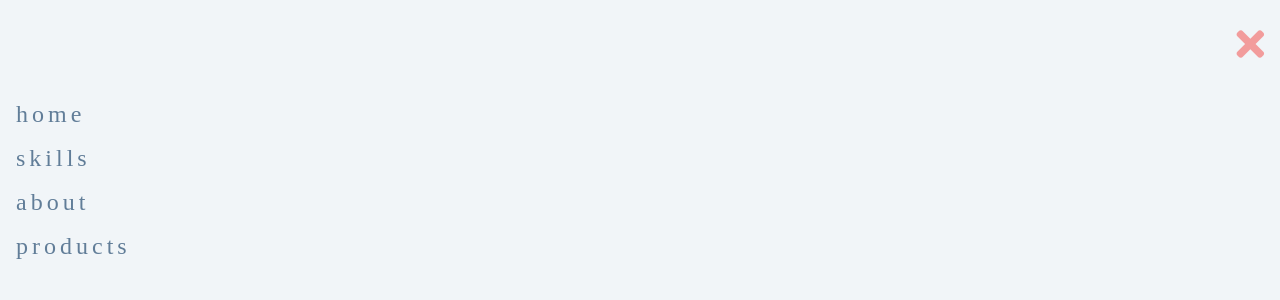
Repository: Ndifoinhilary/building_tea_site
Page: index.html
The author's editor kept a copy of each file at every save. The page is drawn from the files as they stood at one save, then again after the next save.
The browser window is 1280 px wide. The pictures show the window.
A layer covers the whole window, so only the first screen is drawn. Backgrounds fixed to the window are drawn as part of the page. Some web fonts or font styles are not loaded; a fallback is used.

Above is the page before, as saved 2024-01-06 18:44:09.

### index.html
<!DOCTYPE html>
<html lang="en">

<head>
  <meta charset="UTF-8" />
  <meta name="viewport" content="width=device-width, initial-scale=1.0" />
  <meta http-equiv="X-UA-Compatible" content="ie=edge" />
  <title>Tea Station || Home</title>
  <!-- font-awesome -->
  <link rel="stylesheet" href="./fontawesome-free-5.7.2-web/css/all.css" />
  <!-- custom css -->
  <link rel="stylesheet" href="./css/styles.css" />
</head>

<body>
  <!-- nav button -->
  <span class="nav-btn" id="nav-btn">
    <i class="fas fa-bars"></i>
  </span>
  <!-- nav -->
  <nav class="navbar" id="navbar">
    <div class="navbar-header">
      <span class="nav-close" id="nav-close">
        <i class="fas fa-times"></i>
      </span>
    </div>
    <ul class="nav-items">
      <li><a href="index.html" class="nav-link">home</a></li>
      <li><a href="skills.html" class="nav-link">skills</a></li>
      <li><a href="about.html" class="nav-link">about</a></li>
      <li><a href="products.html" class="nav-link">products</a></li>
    </ul>
  </nav>
  <!-- header -->
  <header class="header">
    <div class="banner">
      <h2 class="banner-subtitle">Over one hunred flavors of tea</h2>
      <h1 class="banner-title">specially crafted tea</h1>
      <a href="skills.html" class=" btn banner-btn">explore</a>
    </div>
  </header>

  <div class="content-divider"></div>





  <!-- skills section -->
  <section class="skills clearfix">
    <!-- single skill -->
    <article class="skill">
      <span class="skill-icon">
        <i class="fas fa-mug-hot"></i>
      </span>
      <h4 class="skill-title">made in US</h4>
      <!-- ten words -->
      <p class="skill-text">
        Lorem ipsum dolor sit amet consectetur adipisicing elit. Tempore,
        sequi.
      </p>
    </article>
    <!-- end of single skill -->
    <!-- single skill -->
    <article class="skill">
      <span class="skill-icon">
        <i class="fas fa-glass-cheers"></i>
      </span>
      <h4 class="skill-title">relaxation</h4>
      <!-- ten words -->
      <p class="skill-text">
        Lorem ipsum dolor sit amet consectetur adipisicing elit. Tempore,
        sequi.
      </p>
    </article>
    <!-- end of single skill -->
    <!-- single skill -->
    <article class="skill">
      <span class="skill-icon">
        <i class="fas fa-bomb"></i>
      </span>
      <h4 class="skill-title">energy</h4>
      <!-- ten words -->
      <p class="skill-text">
        Lorem ipsum dolor sit amet consectetur adipisicing elit. Tempore,
        sequi.
      </p>
    </article>
    <!-- end of single skill -->
    <!-- single skill -->
    <article class="skill">
      <span class="skill-icon">
        <i class="fas fa-mortar-pestle"></i>
      </span>
      <h4 class="skill-title">family recipe</h4>
      <!-- ten words -->
      <p class="skill-text">
        Lorem ipsum dolor sit amet consectetur adipisicing elit. Tempore,
        sequi.
      </p>
    </article>
    <!-- end of single skill -->
  </section>
  <!--end of skills section -->




  <!-- about -->
  <section class="about">

    <div class="section-center clearfix">

      <article class="about-img">
        <div class="about-picture-container">
          <img src="./images/about-bcg.jpeg" alt="tea kettle" class="about-picture" />
        </div>
      </article>

      <article class="about-info">
        <!-- section title -->
        <div class="section-title">
          <h3 class="section-subtitle">about our</h3>
          <h2 class="section-title">tea station</h2>
        </div>
        <!-- section title -->
        <p class="about-text">
          Lorem ipsum dolor sit amet consectetur adipisicing elit. Possimus
          numquam rem eos vel consequuntur obcaecati?
        </p>
        <p class="about-text">
          Lorem ipsum dolor sit amet consectetur adipisicing elit. Possimus
          numquam rem eos vel consequuntur obcaecati?
        </p>
        <a href="about.html" class="btn">learn more</a>
      </article>
    </div>
  </section>
  <!-- end of about -->





  <!-- products -->
  <section class="products">
    <div class="section-center clearfix">
      <!-- products info  -->
      <article class="products-info">
        <!-- title -->
        <div>
          <h3 class="section-subtitle">check out</h3>
          <h2 class="section-title text-white">our products</h2>
        </div>
        <!-- end of title -->
        <p class="product-text">
          Lorem ipsum dolor sit amet consectetur adipisicing elit. Quod, quae
          vitae! Natus sed fugiat id laudantium nemo, asperiores corporis
          amet!
        </p>
        <a href="products.html" class="btn">inventory</a>
      </article>
      <!-- end of products info -->

      <!-- products inventory -->
      <article class="products-inventory clearfix">
        <!-- single product -->
        <div class="product">
          <img src="./images/product-1.jpeg" alt="single product" class="product-img" />
          <h4 class="product-title">product title</h4>
          <h4 class="product-price">$6.99</h4>
        </div>
        <!--end of single product -->
        <!-- single product -->
        <div class="product">
          <img src="./images/product-2.jpeg" alt="single product" class="product-img" />
          <h4 class="product-title">product title</h4>
          <h4 class="product-price">$6.99</h4>
        </div>
        <!--end of single product -->
        <!-- single product -->
        <div class="product">
          <img src="./images/product-3.jpeg" alt="single product" class="product-img" />
          <h4 class="product-title">product title</h4>
          <h4 class="product-price">$6.99</h4>
        </div>
        <!--end of single product -->
      </article>
      <!--end of  products inventory -->
    </div>
  </section>


  <!-- end of  products -->

<!-- Services section -->
<section class="services">
    <!-- section title -->
    <div class="section-title services-title">
      <h3 class="section-subtitle">explore</h3>
      <h2 class="section-title">Our services</h2>
    </div>
    <!-- section title -->

    <div class="section-center clearfix">
      <!-- single card -->
      <article class="service-card">
        <div class="service-img-container">
          <img src="./images/product-1.jpeg" class="service-img" alt="signle service">
          <span class="service-icon"><i class="fas fa-mortar-pestle fa-fw"></i></span>
        </div>
        <div class="service-info">
          <h4>Custom recipes</h4>
          <p>Lorem ipsum dolor sit amet consectetur adipisicing elit. Veritatis quisquam placeat, reprehenderit repellat quasi cum.</p>
          <a href="products.html" class="btn service-btn">read more</a>
        </div>
      </article>

      <article class="service-card">
        <div class="service-img-container">
          <img src="./images/product-2.jpeg" class="service-img" alt="signle service">
          <span class="service-icon"><i class="fas fa-home fa-fw"></i></span>
        </div>
        <div class="service-info">
          <h4>Home delivery</h4>
          <p>Lorem ipsum dolor sit amet consectetur adipisicing elit. Veritatis quisquam placeat, reprehenderit repellat quasi cum.</p>
          <a href="products.html" class="btn service-btn">read more</a>
        </div>
      </article>
      <article class="service-card">
        <div class="service-img-container">
          <img src="./images/product-3.jpeg" class="service-img" alt="signle service">
          <span class="service-icon"><i class="fas fa-mug-hot fa-fw"></i></span>
        </div>
        <div class="service-info">
          <h4>tea </h4>
          <p>Lorem ipsum dolor sit amet consectetur adipisicing elit. Veritatis quisquam placeat, reprehenderit repellat quasi cum.</p>
          <a href="products.html" class="btn service-btn">read more</a>
        </div>
      </article>
      <!--  end single card -->
    </div>
    <!-- service infor -->

    <!-- End service infor -->
</section>
<!-- End of service section -->


  <!-- contact -->
  <section class="contact">
    <div class="section-center clearfix">
      <!-- contact info -->
      <article class="contact-info">
        <!-- contact item -->
        <div class="contact-item">
          <!-- contact text -->
          <h4 class="contact-title">
            <span class="contact-icon">
              <i class="fas fa-location-arrow"></i> </span>address
          </h4>
          <h4 class="contact-text">
            523 N Fairfax Ave, Los Angeles, CA 90048
          </h4>
        </div>
        <!-- end of contact item -->
        <!-- contact item -->
        <div class="contact-item">
          <!-- contact text -->
          <h4 class="contact-title">
            <span class="contact-icon"> <i class="fas fa-envelope"></i> </span>email
          </h4>
          <h4 class="contact-text">email@email.com</h4>
        </div>
        <!-- end of contact item -->

        <!-- contact item -->
        <div class="contact-item">
          <!-- contact text -->
          <h4 class="contact-title">
            <span class="contact-icon">
              <i class="fas fa-phone"></i> </span>telephone
          </h4>
          <h4 class="contact-text">+ 123 456 789</h4>
        </div>
        <!-- end of contact item -->
      </article>
      <article class="contact-form">
        <h3>contact us</h3>
       <form action="">
        <div class="form-group">
          <input type="text" name="name" id="" placeholder="enter your name" class="form-control">
          <input type="email" name="email" id="" placeholder="enter your email" class="form-control">
          <textarea name="message" id="" rows="5" placeholder="message" class="form-control"></textarea>
        </div>
        <button type="submit" class="submit-btn btn">submit</button>
       </form>
      </article>
      <!-- end of contact info -->
    </div>
  </section>




  <!-- end o fcontact -->
  <footer class="footer">
    <div class="section-center">
      <div class="social-icons">
        <!-- social icon -->
        <a href="#" class="social-icon">
          <i class="fab fa-facebook"></i>
        </a>
        <!-- end of social icon -->
        <!-- social icon -->
        <a href="#" class="social-icon">
          <i class="fab fa-twitter"></i>
        </a>
        <!-- end of social icon -->
        <!-- social icon -->
        <a href="#" class="social-icon">
          <i class="fab fa-instagram"></i>
        </a>
        <!-- end of social icon -->
      </div>
    <h4 class="footer-text">
      &copy; <sapn id="date" ></sapn>
      <span class="company">tea station</span>
      all rights reserved
    </h4>
    </div>
  </footer>



  <script src="app.js"></script>
</body>

</html>

### css/styles.css
@import url("https://fonts.googleapis.com/css?family=Catamaran:400,700|Grand+Hotel");

* {
  margin: 0;
  padding: 0;
  box-sizing: border-box;
}

/*================
Global variables
===================
*/

:root{
  --clr-primary:#678e3e;
  --clr-primary-light:#beed8c;
  --clr-grey-1:#102a42;
  --clr-grey-5:#617d98;
  --clr-grey-10:#f1f5f8;
  --clr-white:#fff;
  --ff-primary:"Catamaran",sans-serif;
  --ff-secondary:"Grand Hotel", cursive;
  --transition: all 0.3s linear ;
  --spacing:0.25rem;
  --radius:0.5rem;
}


body{
  font-family: var(--clr-primary);
  background: var(--clr-white);
  color: var(--clr-grey-1);
  line-height: 1.5;
  font-size: 0.875rem;
}

a{
  text-decoration: none;
}

img{
  width: 100%;
  display: block;
}
h1,h2,h3,h4{
  letter-spacing: var(--spacing);
  text-transform: capitalize;
  line-height: 1.25;
  margin-bottom: 0.75rem;
}

h1{
  font-size: 3rem;
}
h2{
  font-size: 2rem;
}
h3{
  font-size: 1.5rem;
}
h4{
  font-size: 0.875rem;
}

p{
  margin-bottom: 1.25rem;
}
@media screen and (min-width:800px) {
  h1{
    font-size: 4rem;
  }
  h2{
    font-size: 2.5rem;
  }
  h3{
    font-size: 2rem;
  }
  h4{
    font-size: 1rem;
  }
  body{
    font-size: 1rem;
  }
  h1,h2,h3,h4{
    line-height: 1.25;

  }
}
/*
more css
 */

 .btn{
  text-transform: uppercase;
  background: var(--clr-primary);
  color: var(--clr-white);
  padding: 1rem 0.75rem;
  letter-spacing: var(--spacing);
  display: inline-block;
  font-weight:700 ;
  transition: var(--transition);
  font-size: 1rem;
  border: none;
  cursor: pointer;
  box-shadow: 0 1px 3px rgba(0, 0, 0,0.2);
 }
.btn:hover {
  color: var(--ff-primary);
  background: var(--clr-primary-light);
}
.clearfix::after , .clearfix::before{
  content: "";
  clear: both;
  display: table;
}
.section-title h3{
font-family: var(--ff-secondary);
color: var(--clr-primary);
}
.section-title{
  margin-bottom: 2rem;
}
.section-center{
  padding: 4rem 0;
  width: 85vw;
  margin: 0 auto;
  max-width: 1170px;
}
@media screen and (min-width:992px) {
  .section-center{
    width: 95vw;
    padding: 4rem 1rem;
  }
}
 /*
 header
  */

  .header{
    min-height: 100vh;
    background: linear-gradient(rgba(0, 0, 0,0.6),rgba(0, 0, 0,0.6)) ,url("/images/main-bcg.jpeg") center/cover no-repeat fixed;
    position: relative;
    /* animation */
    overflow-x: hidden;

  }

  .banner{
    text-align: center;
    position: absolute;
    top: 50%;
    left: 50%;
    transform: translate(-50%,-50%);
  }

  .banner h2{
    font-family: var(--ff-secondary);
    color: var(--clr-primary);
    /* animation */
  }

  .banner h1{
    text-transform: uppercase;
    color: var(--clr-white);
    margin-top: 1.25rem;
    margin-bottom: 2rem;
  }

.banner-btn{
  outline: 0.125rem solid var(--clr-primary);
  outline-offset: 0.25rem;
  font-size: 1.25rem;
  padding:1rem 1.75rem ;
}

.content-divider{
height: 0.5rem;
background: linear-gradient(to left, var(--clr-primary), #e9b949, var(--clr-primary));
}

/*
skills section
 */

 .skills{
  background: var(--clr-grey-10);

 }

 .skill{
  text-align: center;
  padding: 2.5rem 0;
  transition: var(--transition);

 }

 .skill-icon{
  font-size: 2.5rem;
  margin-bottom: 1.25rem;
  transition: var(--transition);
  display: inline-block;
  color: var(--clr-primary);

 }
 .skill-text{
  color: var(--clr-grey-5);
  max-width: 17rem;
  margin: 0 auto;
 }
 .skill:hover {
  background: var(--clr-white);
  box-shadow: 0  2px var(--clr-primary);
 }

 .skill:hover .skill-icon{
  transform: translateY(-5px);
 }
 @media screen and (min-width:576px) {
  .skill{
    float: left;
    width: 50%;
  }
 }

 @media screen and (min-width:1200px) {
  .skill{

    width: 25%;
  }
 }

 /*
 About css
  */
.about-img, .about-info{
  padding: 2rem;
}

.about-picture-container{
  color: var(--clr-primary);
  border: 0.5rem solid var(--clr-primary);
  max-width: 30rem;
  overflow: hidden;

}

.about-picture{
  transition: var(--transition);
}

.about-picture-container:hover .about-picture{
opacity: 0.5;
transform: scale(1.2)
}


.about-text{
  max-width: 26rem;
  color: var(--clr-grey-5);
}


@media screen and (min-width:992px) {
  .about-info, .about-img{
    float: left;
    width: 50%;
  }
  .about-info{
    padding-left:2rem ;
  }
}
/*
product section
 */


 .product{
  margin-bottom: 2rem;
 }

.products{
  background: var(--clr-grey-10);

}

.products article{
  padding: 2rem 0;
}
.product-text{
  color: var(--clr-grey-5);
  max-width: 26rem;
}

.product-img{
  border-radius: var(--radius);
  margin-bottom: 2rem;
  height: 17rem;
  object-fit: cover;
}

.product-price{
  color: var(--clr-primary);
}

@media screen and (min-width:768px) {
.product{
  float: left;
  width: 50%;
  padding-left: 2rem;
}

}
@media screen and (min-width:992px) {
.product{
  width: 33.3%;
}

}
@media screen and (min-width:1200px) {
.products-info{
  float: left;
  width: 30%;
}

}
@media screen and (min-width:1200px) {
.products-inventory{
  float: left;
  width: 70%;
}
  .product{
    margin-bottom: 0;
    padding: 0 1rem;
  }
}

/*
services section
 */

.services-title{
  margin-top: 4rem;
  margin-bottom: -4rem;
  text-align: center;
}

.service-card{
  margin: 2rem 0;
  background: var(--clr-grey-10);
  border-radius: var(--radius);
  box-shadow: 0 5px 15px rgba(0, 0, 0,0.1);
  transition: var(--transition);
}
.service-card:hover{
  transform: scale(1.02);
  box-shadow: 0 5px 15px rgba(0, 0, 0,0.2);

}

.service-img{
  height: 17rem;
  object-fit: cover;
  border-top-left-radius: var(--radius);
  border-top-right-radius: var(--radius);
}

.service-info{
  text-align: center;
  padding: 3rem 1rem 2.5rem 1rem;
}

.service-info p {
  max-width: 20rem;
  color: var(--clr-grey-5);
  margin: 0 auto;
}

.service-btn{
  font-size: 0.75rem;
  text-transform: capitalize;
  padding: 0.375rem 0.5rem;
  border-radius: var(--radius);
  font-weight: 400;
  margin-top: 1.25rem;
}

@media screen and (min-width:768px) {
  .service-card{
    float: left;
    width: 45%;
    margin-left: 5%;
  }

}
@media screen and (min-width:992px) {
  .service-card{
    width: 30%;
    margin-left: 3.333%;
  }

}


.service-img-container{
  position:relative;
}

.service-icon{
  position:absolute;
  left: 50%;
  bottom:0;
  font-size:2rem;
  color: var(--clr-primary);
  background: var(--clr-primary-light);
  padding: 0.25rem 0.6rem;
  border-radius: 50%;
  transform: translate(-50%,50%);
  border: 0.25rem solid var(--clr-grey-10);
  -webkit-transform: translate(-50%,50%);
  -moz-transform: translate(-50%,50%);
  -ms-transform: translate(-50%,50%);
  -o-transform: translate(-50%,50%);
}


/*
form section
 */


 .contact{
  background: var(--clr-grey-10);

 }

 .contact-form, .contact-info{
  margin: 1rem 0;
 }

 .contact-item{
  margin-bottom: 1.75rem;
 }

 .contact-title{
  color: var(--clr-primary);
  font-weight: 400;
 }

 .contact-text{
  text-transform: uppercase;
 }

 .contact-form{
  background: var(--clr-white);
  border-radius: var(--radius);
  text-align: center;
  box-shadow: 0 5px 15px rgba(0, 0, 0,0.1);
  transition: var(--transition);
  -webkit-border-radius: var(--radius);
  -moz-border-radius: var(--radius);
  -ms-border-radius: var(--radius);
  -o-border-radius: var(--radius);
  -webkit-transition: var(--transition);
  -moz-transition: var(--transition);
  -ms-transition: var(--transition);
  -o-transition: var(--transition);
  max-width: 35rem;
}

.contact-form:hover{
  box-shadow: 0 5px 15px rgba(0, 0, 0,0.2);

}

.contact-form h3 {
  padding-top: 1.25rem;
  color: var(--clr-grey-5);
}

.form-group{
  padding: 1rem 1.5rem;
}

.form-control{
  display: inline-block;
  width: 100%;
  padding: 0.75rem 1rem;
  border: none;
  margin-bottom: 1.25rem;
  background: var(--clr-grey-10);
  border-radius: var(--radius);
  text-transform: uppercase;
  letter-spacing: var(--spacing);
  -webkit-border-radius: var(--radius);
  -moz-border-radius: var(--radius);
  -ms-border-radius: var(--radius);
  -o-border-radius: var(--radius);
}

.form-control::placeholder{
  font-family: var(--ff-primary);
  color: var(--clr-grey-1);
  text-transform: uppercase;
  letter-spacing: var(--spacing);
}

.submit-btn{
  display: block;
  width: 100%;
  padding: 1rem;
  border-bottom-left-radius: var(--radius);
  border-bottom-right-radius: var(--radius);
}



@media screen and (min-width:992px) {
  .contact-form, .contact-info{
    float: left;
    width: 50%;
  }

}

/*
footer section
 */


 .footer{
  background:#222;
  text-align:center;


 }
 .social-icon{
  color: var(--clr-white);
  font-size: 1.5rem;
  margin-right: 1rem;
  transition: var(--transition);
  -webkit-transition: var(--transition);
  -moz-transition: var(--transition);
  -ms-transition: var(--transition);
  -o-transition: var(--transition);
}

.social-icon:hover{
  color: var(--clr-primary)
}

.footer-text{
  margin-top: 1.25rem;
  text-transform: uppercase;
  color: var(--clr-white);
  font-weight: 400;
}

.company{
  color: var(--clr-primary);
}

/*
nav bar
 */

 .nav-btn{
  position: fixed;
  top: 5%;
  left: 5%;
  font-size: 2.5rem;
  color: var(--clr-primary);
  z-index: 1;
  cursor: pointer;
 }


 .navbar{
  position: fixed;
  top: 0;
  left: 0;
  bottom: 0;
  right: 0;
  background: var(--clr-grey-10);
  z-index: 2;
  box-shadow: 2px 0 2px rgba(0, 0, 0,0.2);
 }



 .showNav{

 }


 .navbar-header{
  text-align: right;
  padding: 1rem;
 }

 .nav-close{
  font-size: 2.5rem;
  cursor: pointer;
  color: #f29c9c;
 }

 .nav-close:hover{
  color: #bb2525;
 }

 .nav-items{
  list-style-type: none;
 }

 .nav-link{
  display: block;
  font-size: 1.5rem;
  padding: 0.25rem 1rem;
  color: var(--clr-grey-5);
  letter-spacing: var(--spacing);
 }

### app.js
const navBtn = document.getElementById("nav-btn");
const navbar = document.getElementById("navbar");
const navClose = document.getElementById("nav-close");

navBtn.addEventListener("click", () => {
  navbar.classList.add("showNav");
});

navClose.addEventListener("click", () => {
  navbar.classList.remove("showNav");
});

Loaded but not shown: fontawesome-free-5.7.2-web/css/all.css (library)

After the next save:
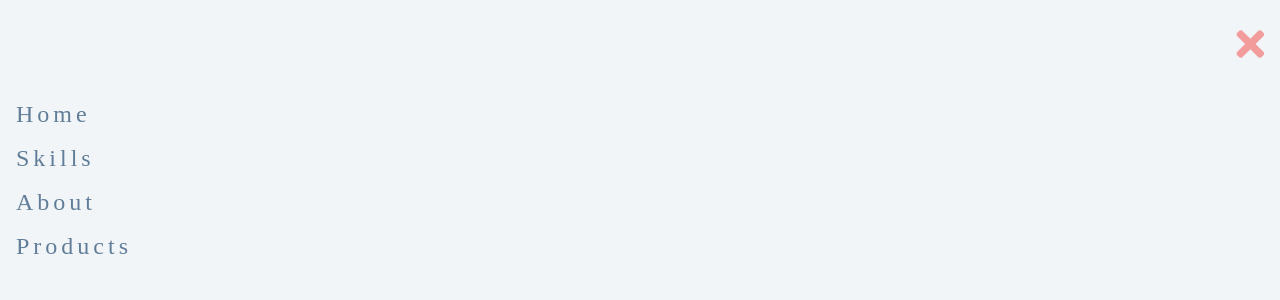
Saved 21 s later.
--- a/css/styles.css
+++ b/css/styles.css
@@ -617,4 +617,5 @@ nav bar
   padding: 0.25rem 1rem;
   color: var(--clr-grey-5);
   letter-spacing: var(--spacing);
- }
+  text-transform: capitalize;
+ }
